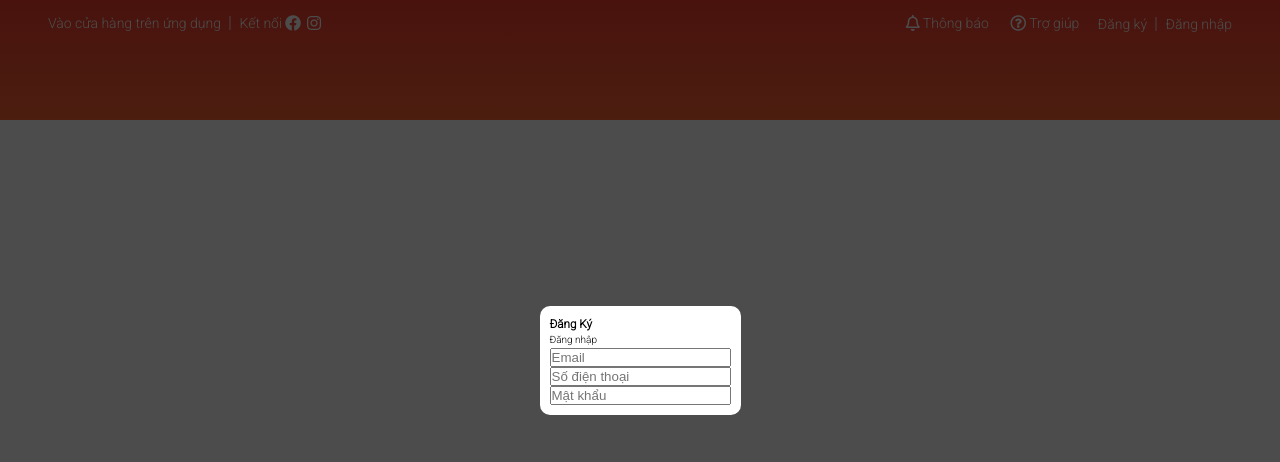
Repository: kebinh1235/Shopee-Demo
Page: index.html
An editor plug-in stored every save of this project. The page is shown before and after the next save, followed by the edit.
The browser window is 1280 px wide. The pictures show the whole page.

Above is the page before, as saved 2021-10-01 22:04:48.

After the next save:
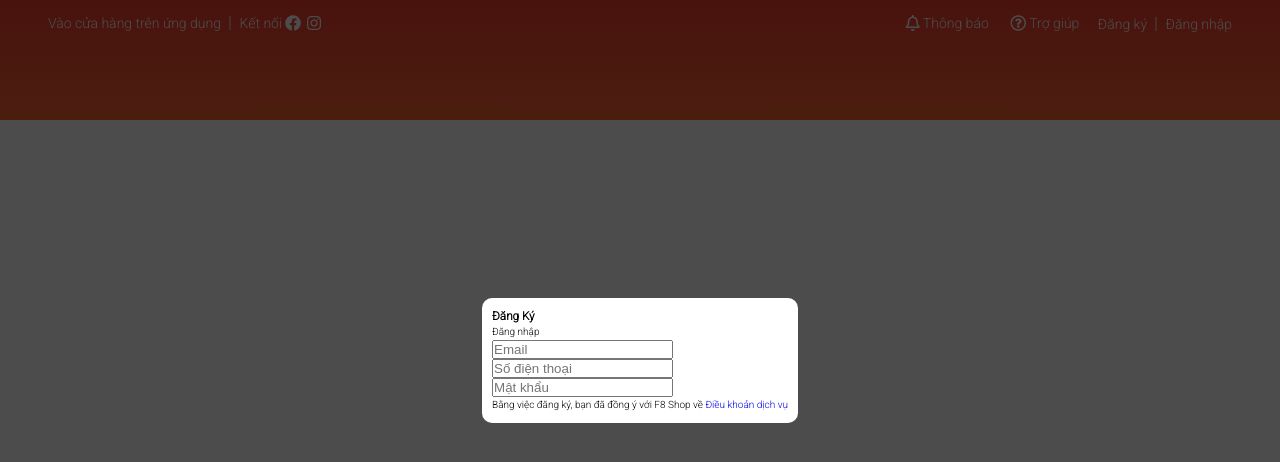
Saved 93 s later.
--- a/index.html
+++ b/index.html
@@ -140,7 +140,10 @@
               </div>
             </div>
             <div class="auth__form-note">
-
+              <span>
+                Bằng việc đăng ký, bạn đã đồng ý với F8 Shop về
+                <a class="auth__form-note-link" href="#">Điều khoản dịch vụ</a>
+              </span>
             </div>
             <div class="auth__form-controls">
 
